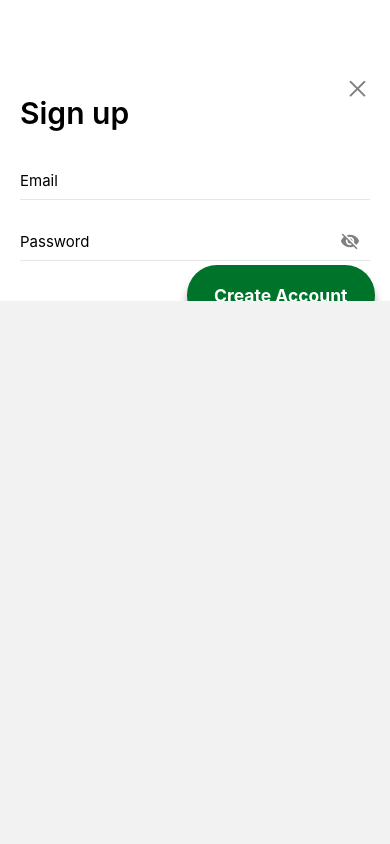
Repository: swholtzman/ReactNative-AWS-Tutorial
Screen: /JoinNow
These files come from the project's save history. The screen is drawn as it stood at one moment and after the next save; the edit follows.
The app was drawn by React Native's web renderer in a window 390 px wide. The project was rebuilt for these pictures with package versions that can differ from the ones it lists, and the page was loaded fresh each time. Also part of the build but not shown: screens/SignIn.js, screens/Main.js.

Above is the screen before, as saved 2024-04-06 16:25:25.

### App.js
import * as React from "react";

import { NavigationContainer } from "@react-navigation/native";
import { createNativeStackNavigator } from "@react-navigation/native-stack";
import { FormProvider, useForm } from 'react-hook-form';

import Landing from "./screens/Landing";
import SignIn from "./screens/SignIn";
import JoinNow from "./screens/JoinNow";
import Main from "./screens/Main";

const Stack = createNativeStackNavigator();

export default function App() {
  const methods = useForm(); // Initialize form methods

  return (
    <FormProvider {...methods}>
      <NavigationContainer>
        <Stack.Navigator
          initialRouteName="Landing"
          screenOptions={{ headerShown: false }}
        >
          <Stack.Screen name="Landing" component={Landing} />
          <Stack.Screen name="SignIn" component={SignIn} />
          <Stack.Screen name="JoinNow" component={JoinNow} />
          <Stack.Screen name="Main" component={Main} />
        </Stack.Navigator>
      </NavigationContainer>
    </FormProvider>
  );
}

### screens/Landing.js
import React from 'react';

import { StyleSheet, View, Text } from 'react-native';

import Header from "../components/header";
import SubmitButton from "../components/submissionButton";

import { useNavigation } from '@react-navigation/native';

export default function Landing() {

  const navigation = useNavigation();

  return (
    <View>
      <View>
        <Header />
      </View>

      <View>
        <SubmitButton style={styles.buttonContainer}
          title={"Join now"}
          functionHandler={() => navigation.push('JoinNow')}
        >

        </SubmitButton>
      </View>
    </View>
  );
}

const styles = StyleSheet.create({
    buttonContainer: {
      position: "absolute",
      bottom: 50,
      right: 15,
    },
});

### screens/JoinNow.js
// JoinNow.js

import React, { useState } from "react";

import { StyleSheet, View, Text, ScrollView } from "react-native";
import { useForm } from "react-hook-form";
import { useNavigation } from "@react-navigation/native";
import { AntDesign } from "@expo/vector-icons";

import Button from "../components/submissionButton";
import EmailInput from "../components/emailInput";
import PasswordInput from "../components/passwordInput";


import config from "../config";

export default function JoinNow() {
  const { control, handleSubmit } = useForm();
  const navigation = useNavigation();


  const onSubmit = async (data) => {
    console.log("Form Data:", data);
    try {
      const response = await fetch(`${config.apiEndpoint}/users/create`, {
        method: 'POST',
        headers: {
          'Content-Type': 'application/json',
        },
        body: JSON.stringify(data),
      });

      if (!response.ok) {
        throw new Error('Failed in JoinNow.java file');
      }

      const responseData = await response.json();
      console.log("User created successfully:", responseData);

      // Navigate to main page or show success message
      navigation.navigate('Main');
    } catch (error) {
      console.error("Error creating user:", error);
      // Handle error (show error message)
    }
  };

  return (
  <View style={styles.background}>
    <ScrollView>
      <View style={styles.container}>
        <AntDesign
          name="close"
          size={25}
          color="grey"
          style={styles.iconButton}
          onPress={() => navigation.navigate("Landing")}
        />
        <Text style={styles.header}>Sign up</Text>

        {/* SECURITY SECTION BEGINS */}
        <View style={styles.inputContainer}>
          <EmailInput control={control} name="email" title="Email" />
          <PasswordInput
            control={control}
            name="password"
            title="Password"
            mainIcon={"visibility-off"}
            secondaryIcon={"visibility"}
          />
        </View>

        {/* SECURITY SECTION ENDS */}


        {/* GREEN SUBMISSION BUTTON BEGINS */}
        <View style={styles.buttonContainer}>
          <Button
            title="Create Account"
            functionHandler={handleSubmit(onSubmit)}
          />
        </View>
        {/* GREEN SUBMISSION BUTTON ENDS */}

        {/* TERMS SECTION ENDS */}
      </View>
    </ScrollView>
  </View>
  );
}

const styles = StyleSheet.create({
  background: {
    backgroundColor: "white",
  },
  container: {
    width: "100%",
    height: "100%",
    marginTop: 75,
    padding: 20,
  },
  headerContainer: {
    width: "100%",
    paddingBottom: 10,

    borderBottomColor: "hsla(0, 0%, 50%, 0.5)",
    borderBottomWidth: 1.5,
  },
  iconButton: {
    position: "absolute",
    top: 0,
    right: 20,
  },
  header: {
    fontSize: 30,
    fontWeight: "600",
    paddingBottom: 10,
  },
  inputContainer: {
    paddingVertical: 15,
    justifyContent: "space-between",
    height: 140,
  },
  inputLine: {
    paddingVertical: 10,
    paddingBottom: 15,
  },
  buttonContainer: {
    position: "absolute",
    bottom: 50,
    right: 15,
  },
  greenButton: {},
});

### components/header.tsx
import { StyleSheet, View, Text } from "react-native";
import React from "react";
import IconButton from "./iconTextButton";

import { useNavigation } from "@react-navigation/native";

export default function Header() {
  const navigation = useNavigation();

  return (
    <View style={styles.container}>
      {/* header starts */}
      <View style={styles.header}>
        <Text style={styles.headerText}>My New Project</Text>

        <View style={styles.headerButtonContainer}>
          <View style={{ flexDirection: "row" }}>
            <IconButton
              title="Sign in"
              simpleName="login"
              evilName={null}
              functionHandler={() => navigation.navigate("SignIn")}
            />
          </View>
        </View>
      </View>
      {/* header ends */}
    </View>
  );
}

const styles = StyleSheet.create({
  container: {
    // shadowRadius: 2,
    // shadowColor: "black",
    // shadowOpacity: 80,
  },
  header: {
    width: "100%",
    alignItems: "center",
    justifyContent: "center",
    marginTop: "auto",
    paddingTop: 85,
    borderBottomColor: "hsla(0, 0%, 50%, 0.5)",
    borderBottomWidth: 1.5,
  },
  headerText: {
    textAlign: "left",
    color: "#000",
    fontSize: 30,
    fontWeight: "bold",
  },
  headerButtonContainer: {
    flexDirection: "row",
    alignItems: "center",
    justifyContent: "space-between",
    width: "100%", // Changed from "105%" to "100%"
    paddingTop: "7%",
    paddingLeft: 40,
  },
  profileButton: {
    marginRight: -20,
  },
});

### components/submissionButton.tsx
import { StyleSheet, View, Text, Pressable } from 'react-native';
import React from 'react';

export default function GreenButton({ title, functionHandler }) {
  return (
    <View>
      <Pressable
        onPress={ functionHandler }
        style={({ pressed }) => [
          styles.stickyButton,
          pressed && styles.pressedButton,
        ]}>
        {({ pressed }) => (
          <Text style={ styles.boldWhiteText }>
            { pressed ?
              <Text style={ styles.boldGreenText }>{ title }</Text> : title}
          </Text>
        )}
      </Pressable>
    </View>
  );
}

const styles = StyleSheet.create({
    stickyButton: {
      justifyContent: 'center',
      alignItems: 'center',

      borderColor: "none",
      borderRadius: 30,

      paddingHorizontal: 27.5,
      paddingVertical: 20,

      backgroundColor: "hsl(142, 100%, 22.5%)",

      shadowColor: "hsla(0, 0%, 30%, 0.6)",
      shadowRadius: 10,
      shadowOpacity: 0.8,
      shadowOffset: { width: 0, height: 10 },
    },
    pressedButton: {
      justifyContent: 'center',
      alignItems: 'center',

      borderColor: "none",
      borderRadius: 30,

      paddingHorizontal: 25,
      paddingVertical: 20,
      right: "2%",

      backgroundColor: "hsl(142, 100%, 10%)",

      shadowColor: "hsla(0, 0%, 30%, 0.6)",
      shadowRadius: 10,
      shadowOpacity: 0.8,
      shadowOffset: { width: 0, height: 5 },
    },
    boldWhiteText: {
      fontWeight: "bold",
      color: "hsl(0, 0%, 100%)",
      fontSize: 17.5,
    },
    boldGreenText: {
      fontWeight: "bold",
      color: "hsl(142, 100%, 70%)",
      fontSize: 17.5,
    }
  });

### components/emailInput.tsx
// EmailInput.js
import React from "react";
import { StyleSheet, View, TextInput } from "react-native";
import { Controller } from "react-hook-form"; // Import Controller from 'react-hook-form'

export default function EmailInput({ control, name, title }) {
  return (
    <View style={styles.container}>
      <Controller
        control={control}
        name={name}
        rules={{
          required: "Email is required",
          pattern: {
            value: /^[^\s@]+@[^\s@]+\.[^\s@]+$/,
            message: "Please enter a valid email",
          },
        }}
        render={({ field: { onChange, onBlur, value } }) => (
          <View style={styles.inputContainer}>
            <TextInput
              style={styles.input}
              onBlur={onBlur}
              onChangeText={onChange}
              value={value}
              placeholder={title}
              placeholderTextColor="black"
            />
            <View style={styles.underline} />
          </View>
        )}
      />
    </View>
  );
}

const styles = StyleSheet.create({
  container: {
    flexDirection: "row",
    alignItems: "center",
    paddingVertical: 15,
    position: "relative",
  },
  inputContainer: {
    flex: 1,
    paddingRight: 35,
  },
  input: {
    fontSize: 15,
    paddingVertical: 0,
  },
  underline: {
    position: "absolute",
    left: 0,
    right: 0,
    bottom: -10,
    height: 1,
    backgroundColor: "hsla(0, 0%, 50%, 0.2)",
  },
});

### components/passwordInput.tsx
// passwordInput.tsx
import React, { useState } from "react";
import { StyleSheet, View, TextInput, TouchableOpacity } from "react-native";
import { Controller } from "react-hook-form"; // Import Controller from 'react-hook-form'
import { MaterialIcons } from "@expo/vector-icons";

export default function PasswordInput({
  control, // This prop is passed from the parent form component
  name, // The name of the field
  title,
  mainIcon,
  secondaryIcon,
}) {
  const [icon, setIcon] = useState(mainIcon);
  const [secureTextEntry, setSecureTextEntry] = useState(true);

  const toggleSecureEntry = () => {
    setSecureTextEntry(!secureTextEntry);
    setIcon(icon === mainIcon ? secondaryIcon : mainIcon);
  };

  return (
    <View style={styles.container}>
      <Controller
        control={control}
        name={name}
        rules={{
          required: 'Please create a password',
          minLength: {
            value: 10,
            message: 'Password must be at least 10 characters'
          },
          pattern: {
            value: /^(?=.*[0-9])(?=.*[!@#$%^&*])[a-zA-Z0-9!@#$%^&*]{10,}$/,
            message: 'Password must contain a number and a symbol'
          }
        }}
        render={({ field: { onChange, onBlur, value } }) => (
          <View style={styles.inputContainer}>
            <TextInput
              style={styles.input}
              onBlur={onBlur}
              onChangeText={onChange}
              value={value}
              placeholder={title}
              placeholderTextColor="black"
              secureTextEntry={secureTextEntry} // Controlled by state
            />
            <TouchableOpacity style={styles.icon} onPress={toggleSecureEntry}>
              <MaterialIcons name={icon} size={20} color="grey" />
            </TouchableOpacity>
            <View style={styles.underline} />
          </View>
        )}
      />
    </View>
  );
}

const styles = StyleSheet.create({
  container: {
    flexDirection: "row",
    alignItems: "center",
    paddingVertical: 15,
    position: "relative",
  },
  inputContainer: {
    flex: 1,
    paddingRight: 35,
  },
  input: {
    fontSize: 15,
    paddingVertical: 0,
  },
  underline: {
    position: "absolute",
    left: 0,
    right: 0,
    bottom: -10,
    height: 1,
    backgroundColor: "hsla(0, 0%, 50%, 0.2)",
  },
  icon: {
    position: "absolute",
    right: 10,
    bottom: 0,
  },
});

### config.js
//config.js

const config = {
    apiEndpoint: 'https://<YOUR UNIQUE ENDPOINT HERE>',
  };

  export default config;

### components/iconTextButton.tsx
import { StyleSheet, View, Text, TouchableOpacity } from 'react-native';
import React from 'react';
import { SimpleLineIcons } from "@expo/vector-icons";
import { EvilIcons } from "@expo/vector-icons";

export default function Header({ title, simpleName, evilName, functionHandler }) {
    return (
      <View style={styles.container}>

        <TouchableOpacity onPress={functionHandler} style={styles.container}>
          <SimpleLineIcons name={simpleName} size={20} color='grey' style={styles.icon} />
          <EvilIcons name={evilName} size={35} color='grey' style={styles.icon} />
          <Text style={styles.text}>{title}</Text>
        </TouchableOpacity>

      </View>
    );
}

const styles = StyleSheet.create({
    container: {
        flexDirection: 'row',
        justifyContent: "flex-start",
        alignItems: "center",

        width: 100,

        paddingVertical: 5,

      },
      icon: {
        paddingRight: 5,
      },
      text: {
        color: 'black',
        fontSize: 15,
      }
});

After the next save:
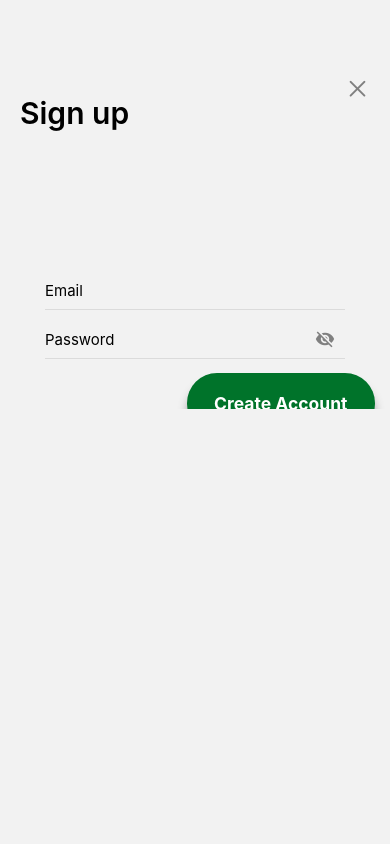
Saved 32 s later.
--- a/screens/JoinNow.js
+++ b/screens/JoinNow.js
@@ -90,45 +90,39 @@ export default function JoinNow() {
 }
 
 const styles = StyleSheet.create({
-  background: {
-    backgroundColor: "white",
-  },
-  container: {
-    width: "100%",
-    height: "100%",
-    marginTop: 75,
-    padding: 20,
-  },
-  headerContainer: {
-    width: "100%",
-    paddingBottom: 10,
+    container: {
+        width: "100%",
+        height: "100%",
+        marginTop: 75,
+        padding: 20,
+      },
+      header: {
+        fontSize: 30,
+        fontWeight: "600",
+        paddingBottom: 10,
+      },
+      inputContainer: {
+        padding: 25,
+        marginTop: 100,
+      },
+      inputLine: {},
+      forgettableContainer: {
+        padding: 25,
+        paddingTop: 30,
 
-    borderBottomColor: "hsla(0, 0%, 50%, 0.5)",
-    borderBottomWidth: 1.5,
-  },
-  iconButton: {
-    position: "absolute",
-    top: 0,
-    right: 20,
-  },
-  header: {
-    fontSize: 30,
-    fontWeight: "600",
-    paddingBottom: 10,
-  },
-  inputContainer: {
-    paddingVertical: 15,
-    justifyContent: "space-between",
-    height: 140,
-  },
-  inputLine: {
-    paddingVertical: 10,
-    paddingBottom: 15,
-  },
-  buttonContainer: {
-    position: "absolute",
-    bottom: 50,
-    right: 15,
-  },
-  greenButton: {},
+        alignItems: "flex-start",
+        justifyContent: "space-between",
+        width: 200,
+        height: 120,
+      },
+      iconButton: {
+        position: "absolute",
+        top: 0,
+        right: 20,
+      },
+      buttonContainer: {
+        position: "absolute",
+        bottom: 50,
+        right: 15,
+      },
 });
